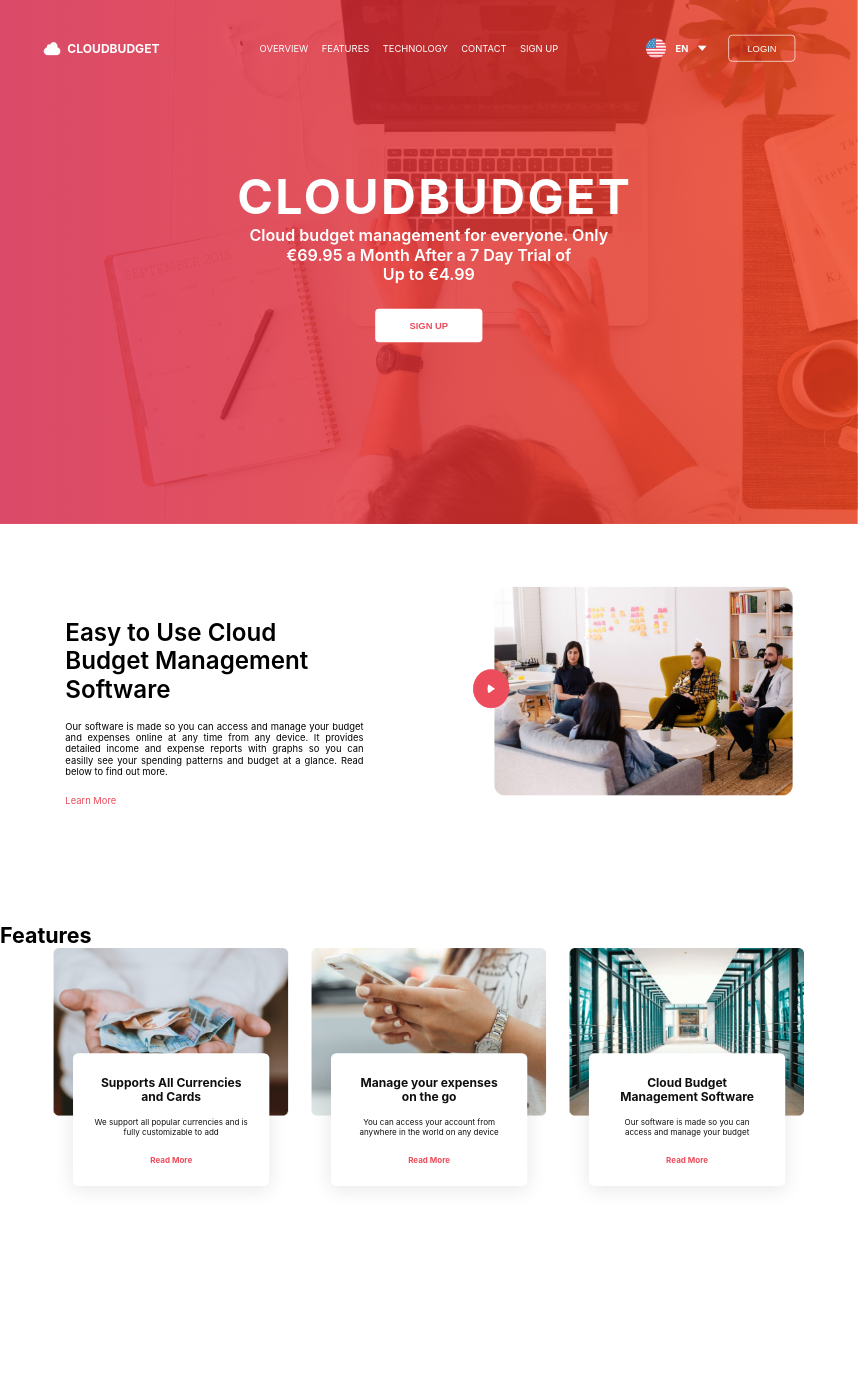
Repository: Ola-22/cloudBudget
Page: /
The author's editor kept a copy of each file at every save. The page is drawn from the files as they stood at one save, then again after a run of saves.
The browser window is 1280 px wide. The pictures show the whole page, at 67% of full size.
The project was rebuilt for these pictures with package versions that can differ from the ones it lists, and the page was loaded fresh each time.

Above is the page before, as saved 2021-09-13 13:38:51.

### src/App.js
import "./App.css";
import {
  Navbar,
  MainContent,
  VideoSection,
  Features,
} from "./components/component-path";

function App() {
  return (
    <div className="App">
      <div
        className="app-main"
        style={{
          backgroundImage:
            "linear-gradient(90deg, rgba(213, 32, 71, 0.8) 0%, rgba(238, 61, 27, 0.8) 100%),url(/images/bg.png)",
          height: "782px",
        }}
      >
        <Navbar />
        <MainContent />
      </div>
      <VideoSection />
      <Features />
    </div>
  );
}

export default App;

### src/App.css
*{
  margin: 0;
  padding: 0;
  box-sizing: border-box;
}

.app-main{
  /* height: 782px; */
  background-position: center;
  background-repeat: no-repeat;
  background-size: cover;
  position: relative;
}

### src/Components/component-path.js
export { default as Navbar } from "./Navbar";
export { default as MainContent } from "./MainContent";
export { default as VideoSection } from "./VideoSection";
export { default as Features } from "./Features";

### src/Components/Navbar/index.jsx
import "./style.scss";
import { Link, BrowserRouter as Router } from "react-router-dom";

function Navbar() {
  return (
    <div className="nav-main">
      <div className="nav-box">
        <img src="/images/Vector.png" alt="" />
        <h3>CLOUDBUDGET</h3>
      </div>
      <Router>
        <nav>
          <Link to="/">overview</Link>
          <Link to="/">features</Link>
          <Link to="/">technology</Link>
          <Link to="/">contact</Link>
          <Link to="/">sign up</Link>
        </nav>
      </Router>
      <div style={{ display: "flex", cursor: "pointer" }}>
        <div className="flag-box">
          <img src="/images/flag.png" alt="" />
          <h4>EN</h4>
          <img src="/images/vector2.png" alt="" />
        </div>
        <button>Login</button>
      </div>
    </div>
  );
}

export default Navbar;

### src/Components/MainContent/index.jsx
import "./style.css";

export default function MainContent() {
  return (
    <div className="main-content">
      <h1>CloudBudget</h1>
      <p>
        Cloud budget management for everyone. Only €69.95 a Month After a 7 Day
        Trial of
        <br /> Up to €4.99
      </p>
      <button>sign up</button>
    </div>
  );
}

### src/Components/VideoSection/index.jsx
import "./style.scss";

export default function VideoSection() {
  return (
    <div className="videoMain">
      <div className="video-content">
        <h2>Easy to Use Cloud Budget Management Software</h2>
        <p>
          Our software is made so you can access and manage your budget and
          expenses online at any time from any device. It provides detailed
          income and expense reports with graphs so you can easilly see your
          spending patterns and budget at a glance. Read below to find out more.
        </p>
        <a href="#">Learn More</a>
      </div>
      <div>
        <img src="/images/play.png" alt="" />
        <img src="/images/Video_bg.png" alt="" />
      </div>
    </div>
  );
}

### src/Components/Features/index.jsx
import FeaturesCard from "./FeaturesCard";

export default function Features() {
  return (
    <>
      <h1>Features</h1>
      <div
        style={{
          display: "flex",
          justifyContent: "space-evenly",
          height: "660px",
        }}
      >
        <FeaturesCard
          src="/images/features1.png"
          title="Supports All Currencies and Cards"
          paragraph="We support all popular currencies and is fully customizable to add"
          readmore="Read More"
        />
        <FeaturesCard
          src="/images/features2.png"
          title="Manage your expenses on the go"
          paragraph="You can access your account from anywhere in the world on any device"
          readmore="Read More"
        />
        <FeaturesCard
          src="/images/features3.png"
          title="Cloud Budget Management Software"
          paragraph="Our software is made so you can access and manage your budget"
          readmore="Read More"
        />
      </div>
    </>
  );
}

### src/Components/Navbar/style.scss
@import "../../styles/variables.scss";

.nav-main{
  display: flex;
  align-items: center;
  justify-content: space-around;
  padding-top: 52px;
  & >nav{
    display: flex;
    & >a {
      margin-left: 20px;
      text-transform: uppercase;
      color: $whiteColor;
      font-size: 14px;
      text-decoration: none;
    }
  }

  & button{
    width: 100px;
    height: 40px;
    background-color: transparent;
    border-radius: 6px;
    border: 1px solid $whiteColor;
    font-size: 14px;
    text-transform: uppercase;
    color: $whiteColor;
    margin-inline-start: 28.81px;
    margin-inline-end: 28px;
  }
}

.nav-box{
  display: flex;
  // margin-left: 5%;
  & > h3{
    font-size: 18px;
    margin-left: 9.9px;
    color: white;
  }
}

.flag-box{
  display: flex;
  align-items: center;
  width: 96px;
  & > h4{
    font-size: 14px;
    color: $whiteColor;
    margin-inline-start: 13.81px;
    margin-inline-end: 13.81px;
  }
}

### src/Components/MainContent/style.css
.main-content {
  display: -webkit-box;
  display: -ms-flexbox;
  display: flex;
  -webkit-box-align: center;
      -ms-flex-align: center;
          align-items: center;
  -webkit-box-orient: vertical;
  -webkit-box-direction: normal;
      -ms-flex-direction: column;
          flex-direction: column;
  color: #ffffff;
  margin-top: 158px;
}

.main-content > h1 {
  font-size: 72px;
  text-transform: uppercase;
  margin-left: 18px;
  letter-spacing: 0.05em;
}

.main-content > p {
  font-size: 24px;
  width: 540px;
  height: 124px;
  font-weight: 600;
  overflow-wrap: break-word;
  text-align: center;
  margin: 0;
}

.main-content > button {
  background-color: #ffffff;
  border-radius: 6px;
  width: 160px;
  height: 50px;
  font-size: 14px;
  text-transform: uppercase;
  color: #ED4C5C;
  border: none;
  font-weight: 600;
  cursor: pointer;
}
/*# sourceMappingURL=style.css.map */

### src/Components/VideoSection/style.scss
@import "../../styles/variables.scss";

.videoMain{
  display: flex;
  justify-content: space-around;
  margin-top: 94px;
  height: 500px;

  & > div:last-of-type{
    position: relative;
    & img:first-of-type{
      border: 1px solid $btnColor;
      background-color: $btnColor;
      border-radius: 50%;
      padding: 20px;
      // width: 18px;
      position: absolute;
      margin-top: 123px;
      left: -32px;
    }
  }
}

.video-content{
  width: 445px;
  & > h2{
    font-size: 36px;
    line-height: 43px;
    margin-top: 46px;
    font-weight: 600;
  }
  & > p{
    font-size: 14px;
    text-align: justify;
    margin: 24px 0;
  }
  & > a{
    color: $btnColor;
    font-size: 14px;
    text-decoration: none;
  }
}

### src/Components/Features/FeaturesCard/index.js
import "./style.scss";

export default function FeaturesCard({ src, title, paragraph, readmore }) {
  return (
    <div className="features-card">
      <img src={src} alt="" />
      <div>
        <h3>{title}</h3>
        <p>{paragraph}</p>
        <a href="#">{readmore}</a>
      </div>
    </div>
  );
}

### src/styles/variables.scss
$whiteColor: #ffffff;
$blackColor: #000000;
$orangeColor: #EE3D1B;
$pinkColor: #D52047;
$btnColor: #ED4C5C;

### src/Components/Features/FeaturesCard/style.scss
@import "../../../styles/variables.scss";


.features-card{
  position: relative;
  text-align: center;
  &:first-of-type{
    margin-left: 45px;
  }
  &:last-of-type{
    margin-right: 45px;
  }
  & > div{
    background-color: $whiteColor;
    position: absolute;
    top: 157px;
    width: 293px;
    height: 198px;
    left: 29px;
    box-shadow: 0px 5px 30px rgba(0, 0, 0, 0.1);
    display: flex;
    flex-direction: column;
    align-items: center;
    color: #101010;
    border-radius: 8px;
    & > h3{
      margin-top: 33px;
      margin-bottom: 20px;
      font-size: 18px;
      width: 229px;
    }
    & > p{
      font-size: 12px;
      width: 229px;
      height: 57px;
    }
    & > a{
      color: $btnColor;
      font-size: 12px;
      font-weight: bold;
      text-decoration: none;
    }
  }
}

Loaded but not shown: public/index.html (common file); src/index.js (common file); src/index.css (common file); src/reportWebVitals.js (common file)

After the next 2 saves:
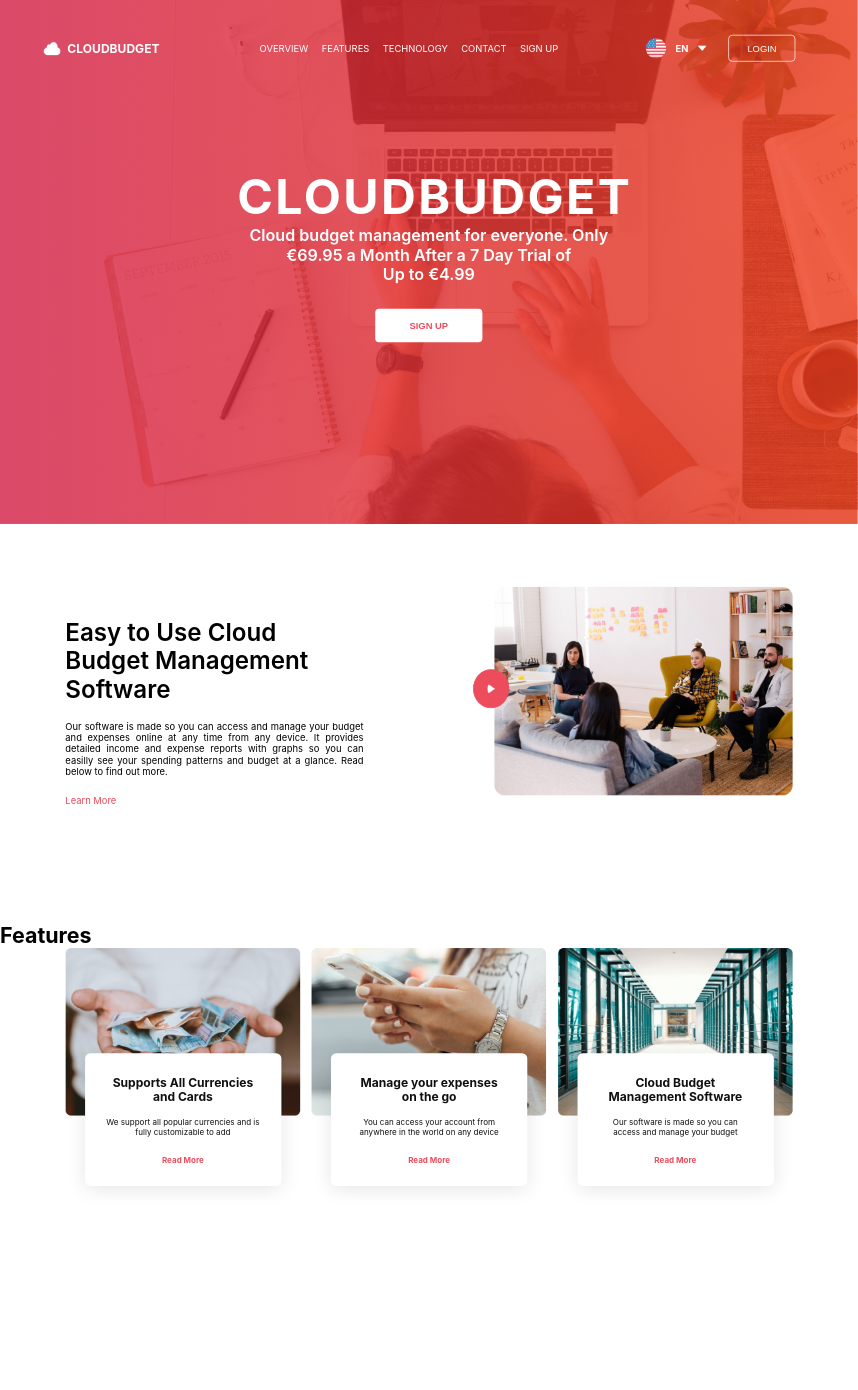
The 2 saves are shown as one change because they came seconds apart.
The last was saved 8 s later.
--- a/src/Components/Features/FeaturesCard/style.scss
+++ b/src/Components/Features/FeaturesCard/style.scss
@@ -5,10 +5,10 @@
   position: relative;
   text-align: center;
   &:first-of-type{
-    margin-left: 45px;
+    margin-left: 80px;
   }
   &:last-of-type{
-    margin-right: 45px;
+    margin-right: 80px;
   }
   & > div{
     background-color: $whiteColor;
